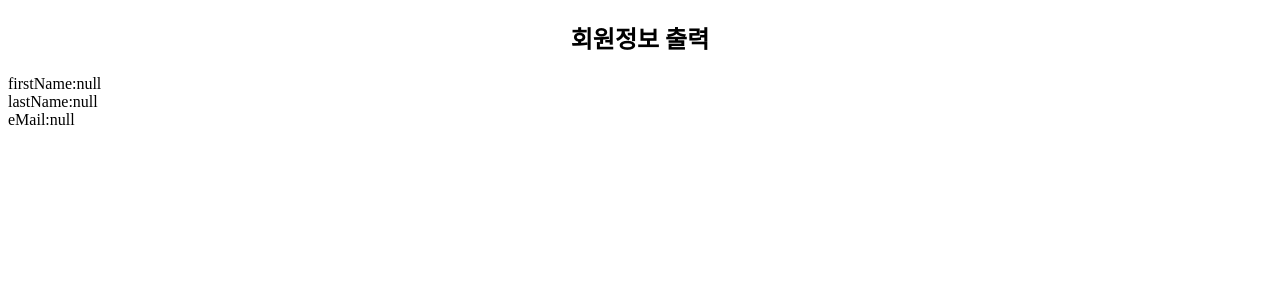
Repository: 2er0127/oracleSQL
Page: http://localhost/jsp/JSP_out01.jsp
These files come from the project's save history. The page is drawn as it stood at one moment and after the next save; the edit follows.
The browser window is 1280 px wide. The pictures show the whole page.
The page is served by Tomcat 9.

Above is the page before, as saved 2020-11-28 16:25:06.

### jsp/Webapp/JSP_out01.jsp
<%@ page language="java" contentType="text/html; charset=UTF-8"
    pageEncoding="UTF-8"%>
<!DOCTYPE html>
<html>
<head>
<meta charset="UTF-8">
<title>Insert title here</title>
</head>
<body>
<%
String firstName=request.getParameter("firstName");
String lastName=request.getParameter("lastName");
String emailAddress=request.getParameter("emailAddress");
%>
<center><h2>회원정보 출력 </h2></center>
firstName:<%=firstName %><br>
lastName:<%=lastName %><br>
eMail:<%=emailAddress %>
</body>
</html>

After the next save:
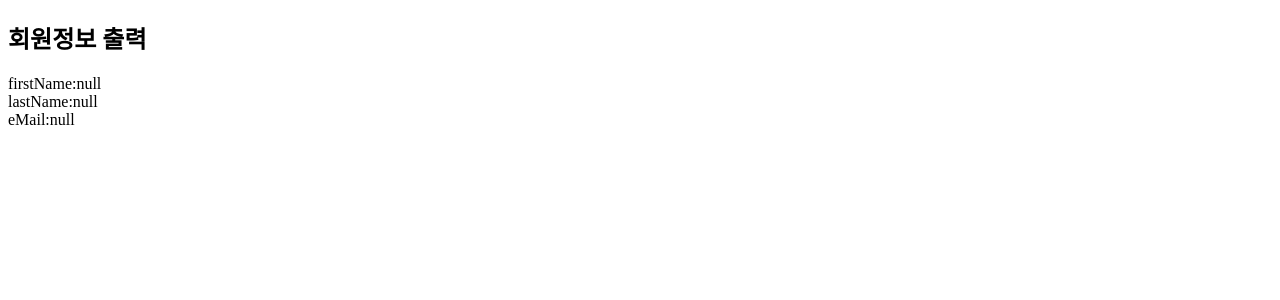
Saved 9 s later.
--- a/jsp/Webapp/JSP_out01.jsp
+++ b/jsp/Webapp/JSP_out01.jsp
@@ -12,7 +12,7 @@ String firstName=request.getParameter("firstName");
 String lastName=request.getParameter("lastName");
 String emailAddress=request.getParameter("emailAddress");
 %>
-<center><h2>회원정보 출력 </h2></center>
+<h2>회원정보 출력 </h2>
 firstName:<%=firstName %><br>
 lastName:<%=lastName %><br>
 eMail:<%=emailAddress %>
